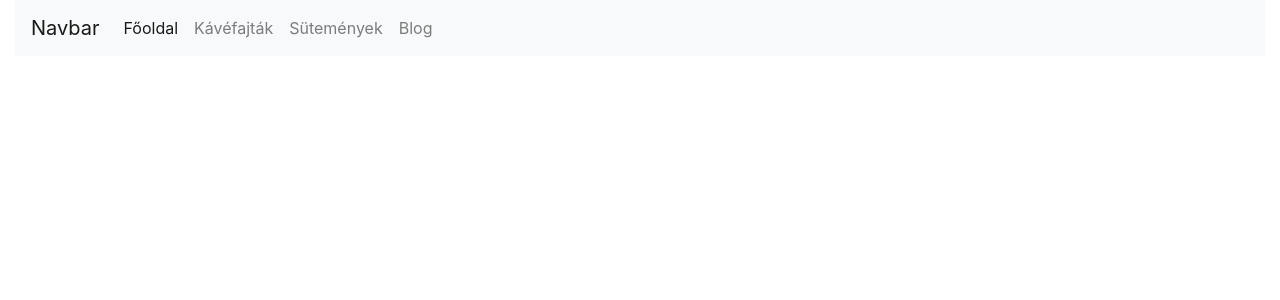
Repository: zsanber/kavezo
Page: index.html
These files come from the project's save history. The page is drawn as it stood at one moment and after the next save; the edit follows.
The browser window is 1280 px wide. The pictures show the whole page.

Above is the page before, as saved 2021-11-22 17:12:34.

After the next save:
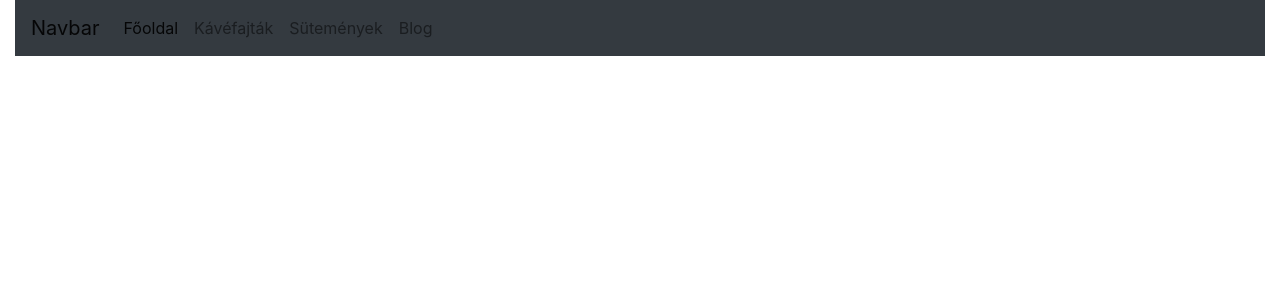
Saved 4 s later.
--- a/index.html
+++ b/index.html
@@ -14,7 +14,7 @@
   </head>
   <body>
     <div class="container-fluid">
-        <nav class="navbar navbar-expand-lg navbar-light bg-light">
+        <nav class="navbar navbar-expand-lg navbar-light bg-dark">
             <a class="navbar-brand" href="#">Navbar</a>
             <button class="navbar-toggler" type="button" data-toggle="collapse" data-target="#navbarAltMarkup" aria-controls="navbarNavDropdown" aria-expanded="false" aria-label="Toggle navigation">
             <span class="navbar-toggler-icon"></span>
